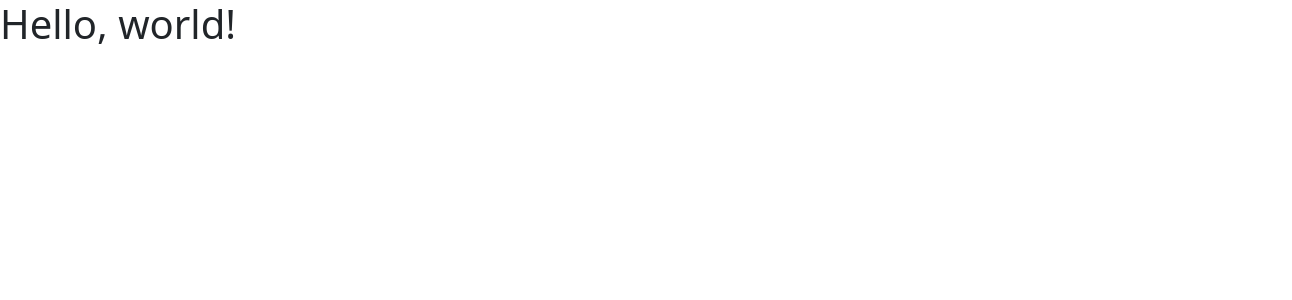
Repository: Realchamithweb/chamith-html
Page: contact.html
An editor plug-in stored every save of this project. The page is shown before and after the next save, followed by the edit.
The browser window is 1280 px wide. The page is 1280 px wide, then 1292 px, so the pictures cover 1292 px, including what lies to the right of the window. The pictures show the whole page.

Above is the page before, as saved 2023-01-04 13:47:22.

After the next save:
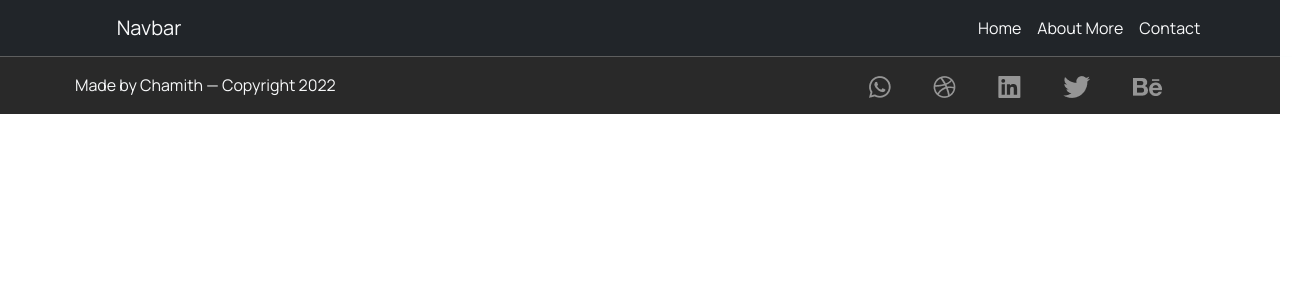
Saved 2 h 7 min later.
--- a/contact.html
+++ b/contact.html
@@ -4,14 +4,54 @@
     <!-- Required meta tags -->
     <meta charset="utf-8">
     <meta name="viewport" content="width=device-width, initial-scale=1">
-
+    <link rel="stylesheet" href="/css/style.css">
     <!-- Bootstrap CSS -->
     <link href="https://cdn.jsdelivr.net/npm/bootstrap@5.0.2/dist/css/bootstrap.min.css" rel="stylesheet" integrity="sha384-EVSTQN3/azprG1Anm3QDgpJLIm9Nao0Yz1ztcQTwFspd3yD65VohhpuuCOmLASjC" crossorigin="anonymous">
-
+    <link rel="stylesheet" href="https://fonts.googleapis.com/css?family=Manrope">
     <title>Hello, world!</title>
   </head>
   <body>
-    <h1>Hello, world!</h1>
+    <div class="main">
+            <div class="head">
+                <nav class="navbar navbar-expand-lg navbar-light bg-dark">
+                    <div class="container-fluid">
+                        <div class="col-md-1"></div>
+                    <a class="navbar-brand col-md-8 text-light" href="#">Navbar</a>
+                    <button class="navbar-toggler" type="button" data-bs-toggle="collapse" data-bs-target="#navbarNavDropdown" aria-controls="navbarNavDropdown" aria-expanded="false" aria-label="Toggle navigation">
+                        <span class="navbar-toggler-icon"></span>
+                    </button>
+                    <div class="collapse navbar-collapse" id="navbarNavDropdown">
+                        <ul class="navbar-nav">
+                        <li class="nav-item">
+                            <a class="nav-link active text-light" aria-current="page" href="#">Home</a>
+                        </li>
+                        <li class="nav-item">
+                            <a class="nav-link text-light" href="/about-more.html">About More</a>
+                        </li>
+                        <li class="nav-item">
+                            <a class="nav-link text-light" href="/contact.html">Contact</a>
+                        </li>
+                        </ul>
+                    </div>
+                    </div>
+                </nav>
+            </div>
+
+            <section>
+              <div class="footer">
+                  <div class="container-fluild">
+                      <div class="row">
+                          <hr class="text-light">
+                          <div class="col-lg-4 text-center text-light mb-3">Made by Chamith — Copyright 2022</div>
+                          <div class="col-lg-4 mb-3"></div>
+                          <div class="col-lg-4 mb-3"><img src="/inc/Icons.png" class="img02"></div>
+                      </div>
+                  </div>
+              </div>
+          </section>
+
+  </div>
+
 
     <!-- Optional JavaScript; choose one of the two! -->
 
